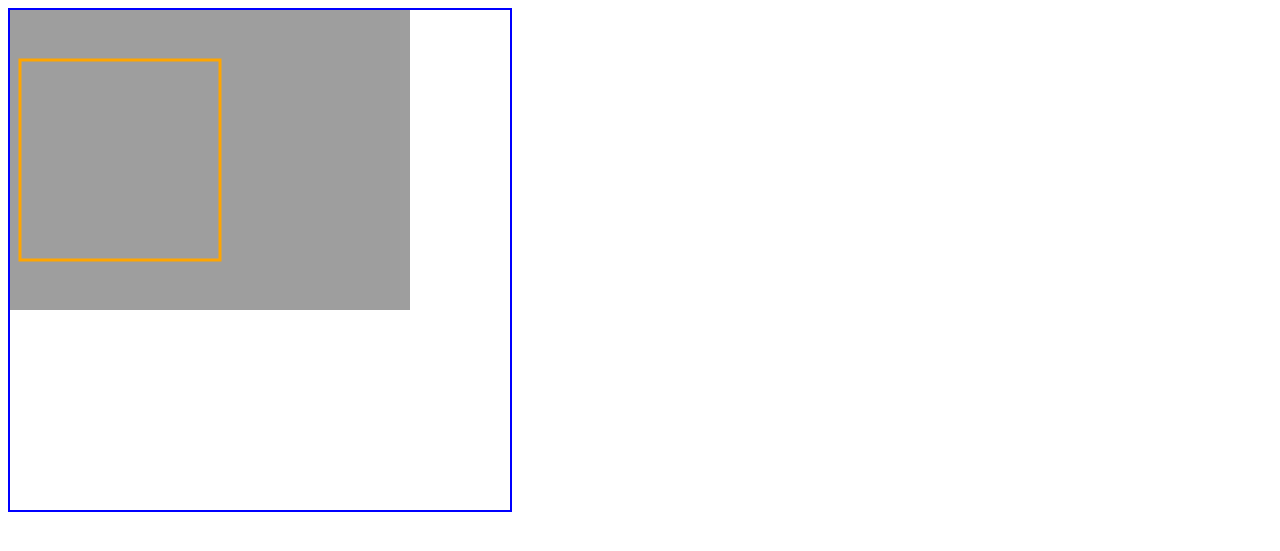
Repository: Backcoder-June/AI_Platform
Page: naverai/src/main/resources/static/cameratest.html
The author's editor kept a copy of each file at every save. The page is drawn from the files as they stood at one save, then again after the next save.
The browser window is 1280 px wide. The pictures show the whole page.

Above is the page before, as saved 2022-09-02 07:11:40.

### naverai/src/main/resources/static/cameratest.html
<!DOCTYPE html>
<html>
<head>
<meta charset="UTF-8">
<title>Insert title here</title>

<script src="js/jquery-3.6.0.min.js"></script>
<script>
$(document).ready(function(){
	var mycanvas = $("#mycanvas")[0];
	var pencil = mycanvas.getContext("2d");

	var myimage = new Image();
	myimage.src = "http://localhost:8083/naverai/yuna1.png";
	myimage.onload = function(){
		pencil.drawImage(myimage,0,0,myimage.width, myimage.height);
		pencil.lineWidth = 3;
		pencil.strokeStyle = "orange";
		pencil.strokeRect(10,50,200,200);
	}


});//ready

</script>


</head>
<body>

<canvas id="mycanvas" width=500 height=500 style="border:2px solid blue">
</canvas>


</body>
</html>

Loaded but not shown: naverai/src/main/resources/static/js/jquery-3.6.0.min.js (library)

After the next save:
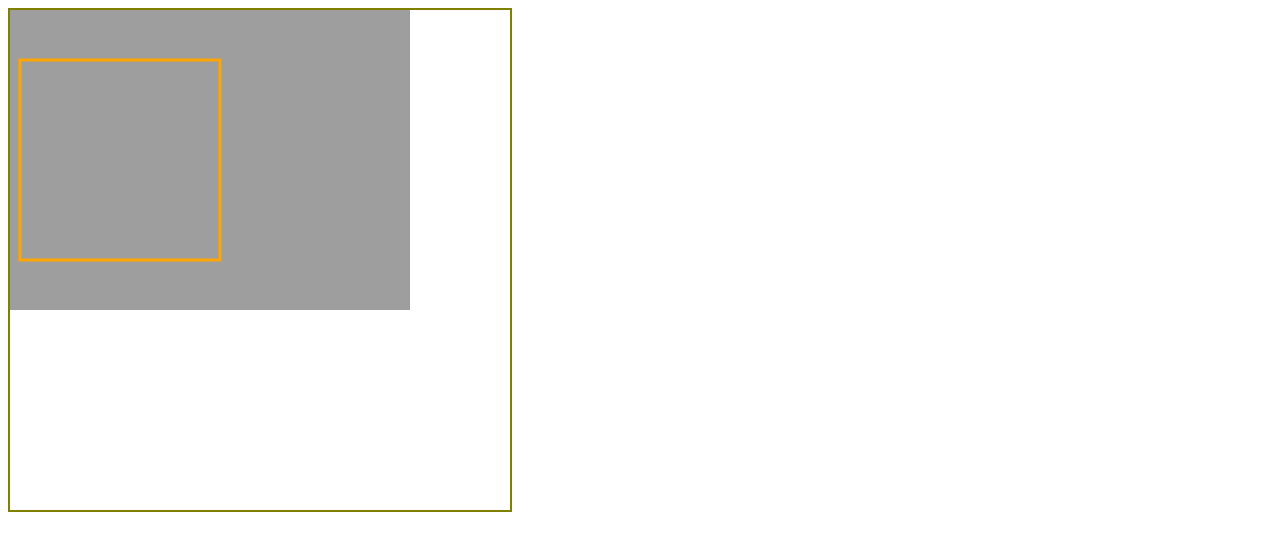
Saved 22 s later.
--- a/naverai/src/main/resources/static/cameratest.html
+++ b/naverai/src/main/resources/static/cameratest.html
@@ -28,7 +28,7 @@ $(document).ready(function(){
 </head>
 <body>
 
-<canvas id="mycanvas" width=500 height=500 style="border:2px solid blue">
+<canvas id="mycanvas" width=500 height=500 style="border:2px solid olive">
 </canvas>
 
 
